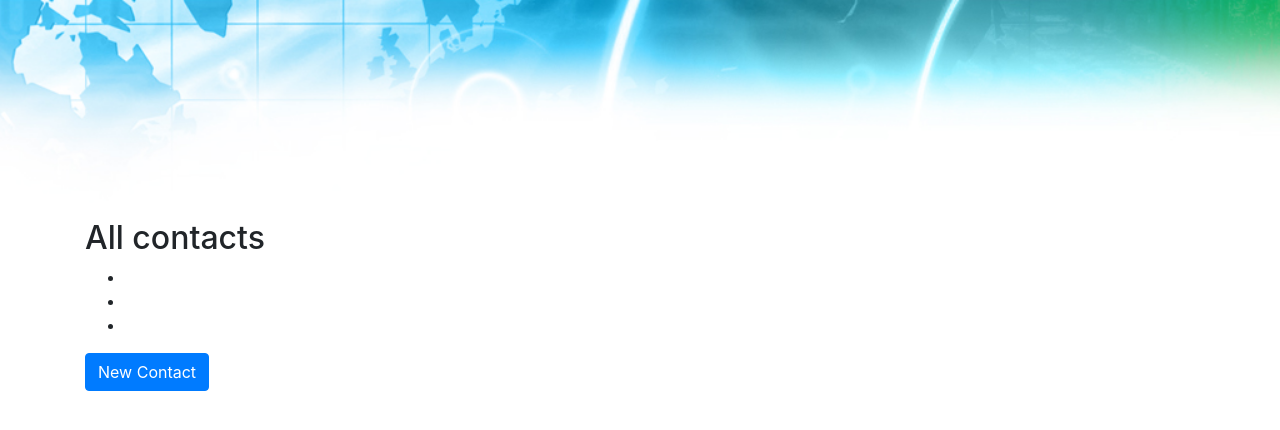
Repository: fishercom/react-phonebook
Page: /
The author's editor kept a copy of each file at every save. The page is drawn from the files as they stood at one save, then again after the next save.
The browser window is 1280 px wide. The pictures show the whole page.
The project was rebuilt for these pictures with package versions that can differ from the ones it lists, and the page was loaded fresh each time. Also part of the build but not shown: src/App.css, src/components/Form.js.

Above is the page before, as saved 2021-01-31 00:13:45.

### src/App.js
import React from 'react';

import './App.css';
import header from './assets/images/header.png';

import List from './components/List';
import Form from './components/Form';
import uuid from 'react-uuid'


class App extends React.Component {

  constructor(props) {
    super(props);
    const faker = require('faker');

    this.state = {
      contacts: [
        { id: uuid(), firstName: faker.name.firstName, lastName: faker.name.lastName, phoneNumber: faker.name.phoneNumber },
        { id: uuid(), firstName: faker.name.firstName, lastName: faker.name.lastName, phoneNumber: faker.name.phoneNumber },
        { id: uuid(), firstName: faker.name.firstName, lastName: faker.name.lastName, phoneNumber: faker.name.phoneNumber }
      ],
      action: null,
      contact: null
    };
  }

  changeView = (action) => {
    let state = { ...this.state };
    state.action = action;

    console.log(state.contacts);
    super.setState(state);
  }

  render() {
    let view = null;
    switch (this.state.action) {
      case 'Form':
        view = <Form state={this.state} switch={this.changeView} />
        break;
      default:
        view = <List state={this.state} switch={this.changeView} />
    }

    return (
      <div>
        <header>
          <img src={header} alt="header" style={{width: '100%'}} />
        </header>
        <div className="container mt-3">
        {view}
        </div>
      </div>)
  }

}

export default App;

### src/components/List.js
import React from 'react';

class List extends React.Component {

    state = this.props.state;

    render() {
        return (
            <section>
                <h2>All contacts</h2>
                <ul className="contactList">
                    {this.state.contacts.map((contact) => <li key={contact.id}>{contact.firstName} {contact.lastName} {contact.phoneNumber}</li>)}
                </ul>
                <button className="btn btn-primary" onClick={() => this.props.switch('Form')}>New Contact</button>
            </section>
        );
    }

}

export default List

Loaded but not shown: public/index.html (common file); src/index.js (common file); src/index.css (common file); src/reportWebVitals.js (common file)

After the next save:
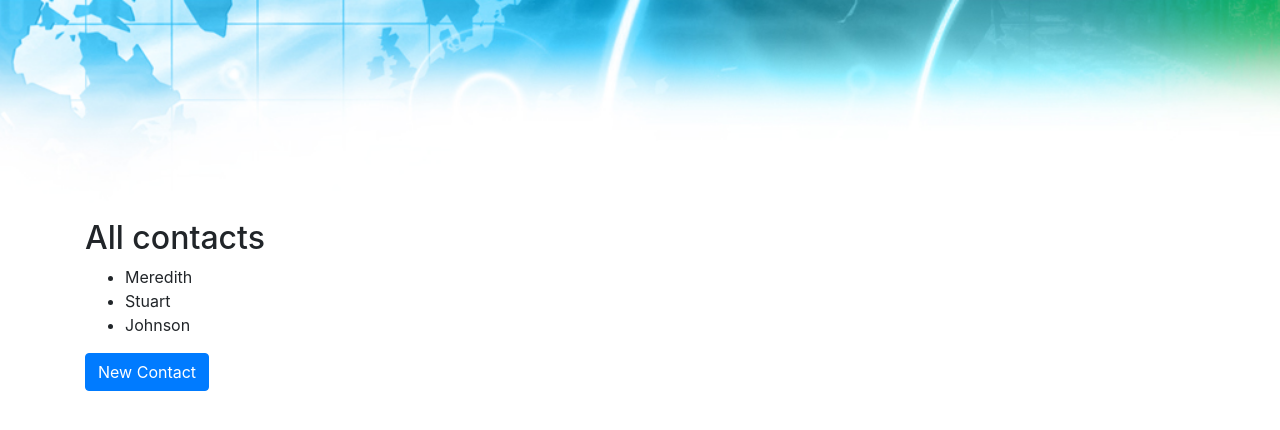
Saved 5 min 25 s later.
--- a/src/App.js
+++ b/src/App.js
@@ -16,9 +16,9 @@ class App extends React.Component {
 
     this.state = {
       contacts: [
-        { id: uuid(), firstName: faker.name.firstName, lastName: faker.name.lastName, phoneNumber: faker.name.phoneNumber },
-        { id: uuid(), firstName: faker.name.firstName, lastName: faker.name.lastName, phoneNumber: faker.name.phoneNumber },
-        { id: uuid(), firstName: faker.name.firstName, lastName: faker.name.lastName, phoneNumber: faker.name.phoneNumber }
+        { id: uuid(), firstName: faker.name.firstName(), lastName: faker.name.lastName, phoneNumber: faker.name.phoneNumber },
+        { id: uuid(), firstName: faker.name.firstName(), lastName: faker.name.lastName, phoneNumber: faker.name.phoneNumber },
+        { id: uuid(), firstName: faker.name.firstName(), lastName: faker.name.lastName, phoneNumber: faker.name.phoneNumber }
       ],
       action: null,
       contact: null
